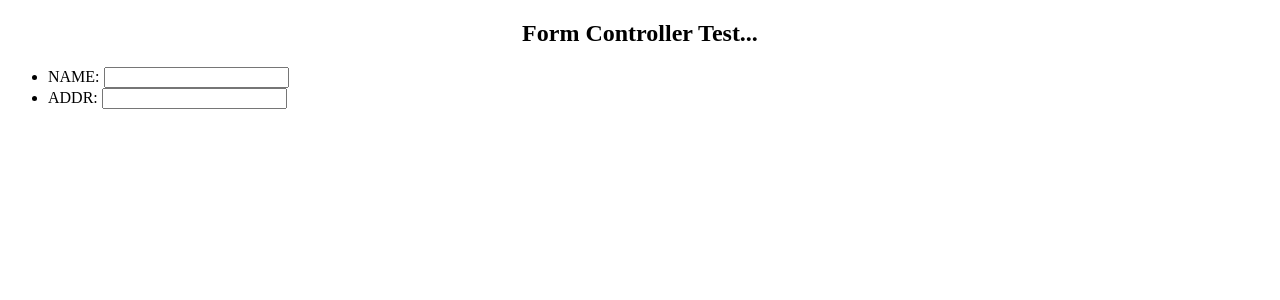
Repository: hamham1210/JavaStudy
Page: Maven02_SpringMVC/src/main/webapp/form.html
An editor plug-in stored every save of this project. The page is shown before and after the next save, followed by the edit.
The browser window is 1280 px wide. The pictures show the whole page.

Above is the page before, as saved 2024-10-02 03:06:41.

After the next save:
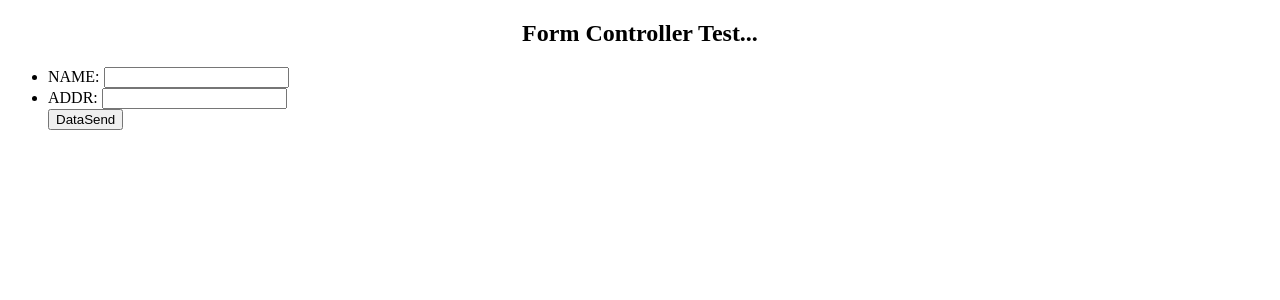
Saved 55 s later.
--- a/Maven02_SpringMVC/src/main/webapp/form.html
+++ b/Maven02_SpringMVC/src/main/webapp/form.html
@@ -10,6 +10,7 @@
 		<ul>
 			<li>NAME: <input type="text" name="userName" id="userName"></li>
 			<li>ADDR: <input type="text" name="userAddr" id="userAddr"></li>
+			<input type="submit" value="DataSend">
 		</ul>
 	</form>
 </body>
